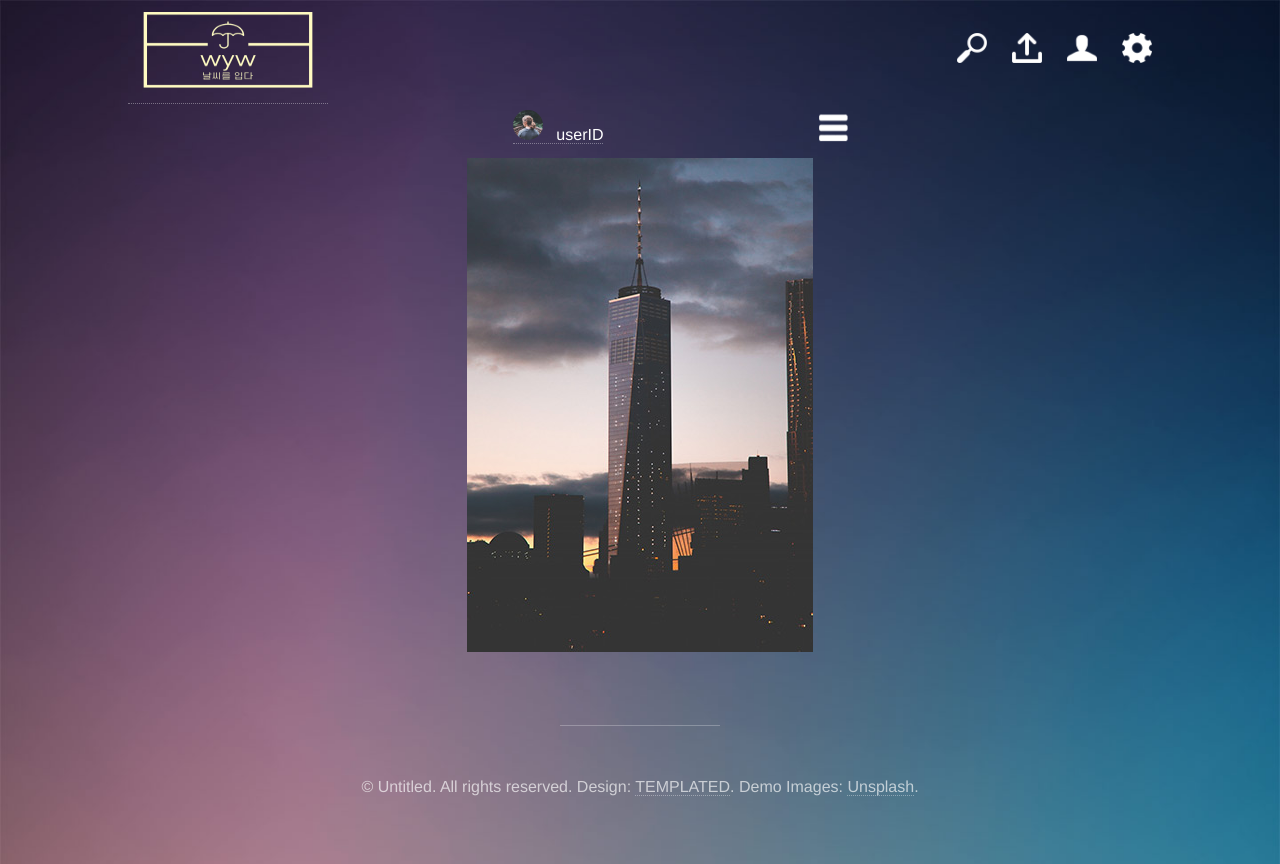
Repository: semo41105/WYW-Project
Page: http://localhost/WYW/StoryPage.jsp
The author's editor kept a copy of each file at every save. The page is drawn from the files as they stood at one save, then again after the next save.
The browser window is 1280 px wide. The pictures show the whole page.
Some web fonts or font styles are not loaded; a fallback is used. The page is served by Tomcat 9. Nobody is signed in. The application's start-up code is not run. Other server files are loaded and not shown.

Above is the page before, as saved 2021-03-08 14:43:21.

### WYW/WebContent/StoryPage.jsp
<%@ page language="java" contentType="text/html; charset=UTF-8"
    pageEncoding="UTF-8"%>
<% request.setCharacterEncoding("UTF-8"); %>
<% response.setContentType("text/html; charset=UTF-8"); %>
<!DOCTYPE html>
<html>
	<head>
		<title>StoryPage</title>
		<meta charset="utf-8" />
		<meta name="viewport" content="width=device-width, initial-scale=1" />
		<link rel="stylesheet" href="assets/css/main.css" />
		<!-- Style -->
		<style type="text/css">
			#s0{ float: left; width: 34% }
			#s1{ float: left; width: 33%; padding: 25px 0px 25px 0px }
			#s2{ float: left; width: 100%; height: 50px; }
			#s4{ padding: 8px 0px 0px 0px; margin-left: 25px; }
			#s6{ float: left; }
			#ask1{
				border: 2px solid black;
				background-color: #fffbc1;
				font-weight: bold;
				color: #3f385a;
			}
			a{ text-decoration: none }
			.avatacon {
			    width: 30px;
			    height: 30px;
			    object-fit: cover;
			    object-position: top;
			    border-radius: 50%;
			}
			#select {
				font-size: 15px;
				background: #ff6382;
				vertical-align: middle;
				text-align-last: center;
				color: #d3d3d3;
			}
		</style>
	<!-- Scripts -->
		<script src="assets/js/jquery.min.js"></script>
		<script src="assets/js/jquery.poptrox.min.js"></script>
		<script src="assets/js/skel.min.js"></script>
		<script src="assets/js/main.js"></script>
		<script type="text/javascript">
			window.onload = function(){
				var h = document.getElementById('hidemenu');
				var op = document.getElementById('viewmenu');
				var opp = document.getElementById('menu');

				op.style.display = 'none';
				opp.style.display = 'none';

				h.onclick = function(){
					h.style.display = 'none';
					op.style.display = '';
					opp.style.display = '';
				}

				op.onclick = function(){
					op.style.display = 'none';
					opp.style.display = 'none';
					h.style.display = '';
				}
			}
		</script>
	</head>
	<body>

		<!-- Wrapper -->
			<div id="wrapper">

				<!-- Header -->
					<header>
						<div id="s0">
							<a href="#">
								<img alt="WYW_날씨를 입다" src="images/logo/logo_wyw_yellow.png" width="200" height="100" onclick="location.href='mainController.do?command=mainpage'">
							</a>
						</div>
						<div id="s1"></div>
						<div id="s1">
							<a href="#" class="label">
								<img id="s4" class="icons" src="images/icon/setting.png" alt="setting" align="right" width="30px">
								<img id="s4" class="icons" src="images/icon/user.png" alt="user" align="right" width="30px" onclick="location.href='mainController.do?command=mypage'">
								<img id="s4" class="icons" src="images/icon/up.png" alt="upload" align="right" width="30px">
								<img id="s4" class="icons" src="images/icon/search.png" alt="search" align="right" width="30px" onclick="location.href='mypageController.do?command=searchpage'">
							</a>
						</div>
						<div id="s2"></div><!-- 위쪽 div 와 아래쪽 div를 나누는 용도 -->
					</header>

				<!-- Main -->
					<section>
							<div style="position: absolute;">
								<div style="position: relative;top: 110px; left: 385px;">
									<a href="#">
								    	<img class="avatacon" src="images/avatar.jpg">
								    	<strong>&nbsp;&nbsp;userID</strong>
							    	</a>
								</div>
								<div style="position: relative;top: 75px; left: 690px;">
									<img id="hidemenu" alt="menu" src="images/icon/menu.png" width="30px">
									<img id="viewmenu" alt="menu" src="images/icon/overmenu.png" width="30px">
								</div>
								<div id="menu" style="position: relative; top: 33px; left: 728px; background-color: #fffbc1; color: black; font-weight: bold;">
									<form method="post" action="UploadController" enctype="multipart/form-data">
										<table border="1">
											<col width="250">
											<tr>
												<td align="center">
													<select id="select" name="city">
														<option value="">현제 계신 도시를 선택해주세요.</option>
														<option value="seoul">서울특별시</option>
							                            <option value="incheon">인천광역시</option>
							                            <option value="daejeon">대전광역시</option>
							                            <option value="gwangju">광주광역시</option>
							                            <option value="daegu">대구광역시</option>
							                            <option value="ulsan">울산광역시</option>
							                            <option value="busan">부산광역시</option>
							                            <option value="gyeonggi-do">경기도</option>
							                            <option value="gangwon-do">강원도</option>
							                            <option value="chungcheongbuk-do">충청북도</option>
							                            <option value="chungcheongnam-do">충청남도</option>
							                            <option value="jeollabuk-do">전라북도</option>
							                            <option value="jeollanam-do">전라남도</option>
							                            <option value="gyeongsangbuk-do">경상북도</option>
							                            <option value="gyeongsangnam-do">경상남도</option>
							                            <option value="jeju-do">제주도</option>
													</select>
												</td>
											</tr>
											<tr>
												<td align="center">
													<input name="title" id="select" type="text" value="제목을 입력해 주세요" onfocus="this.value='';return true;">
												</td>
											</tr>
											<tr>
												<td align="center">
													<input name="content" id="select" type="text" value="내용을 입력해 주세요" onfocus="this.value='';return true;">
												</td>
											</tr>
											<tr>
												<td align="center">
													<input name="file" type="file" value="사진 선택" style="color: black;" accept=".jpg, .jpeg, .png, .gif, .bmp; images/storyimg/*; capture=camera"/>
												</td>
											</tr>
											<tr>
												<td align="center"><input type="submit" style="width: 100%; height: 100%;" value="내용 업로드"></td>
											</tr>
										</table>
									</form>
								</div>
							</div>
						    <div id="header">
						    	<img alt="img" src="images/thumbs/01.jpg"/>
						    </div>
					</section>

				<!-- Footer -->
					<footer id="footer">
						<p>&copy; Untitled. All rights reserved. Design: <a href="http://templated.co">TEMPLATED</a>. Demo Images: <a href="http://unsplash.com">Unsplash</a>.</p>
					</footer>

			</div>

	</body>
</html>

Loaded but not shown: WYW/WebContent/assets/js/jquery.min.js (library); WYW/WebContent/assets/js/jquery.poptrox.min.js (library); WYW/WebContent/assets/js/skel.min.js (library); WYW/WebContent/assets/css/font-awesome.min.css (library); WYW/WebContent/assets/js/main.js (142 lines, source omitted); WYW/WebContent/assets/css/main.css (2729 lines, source omitted)

After the next save:
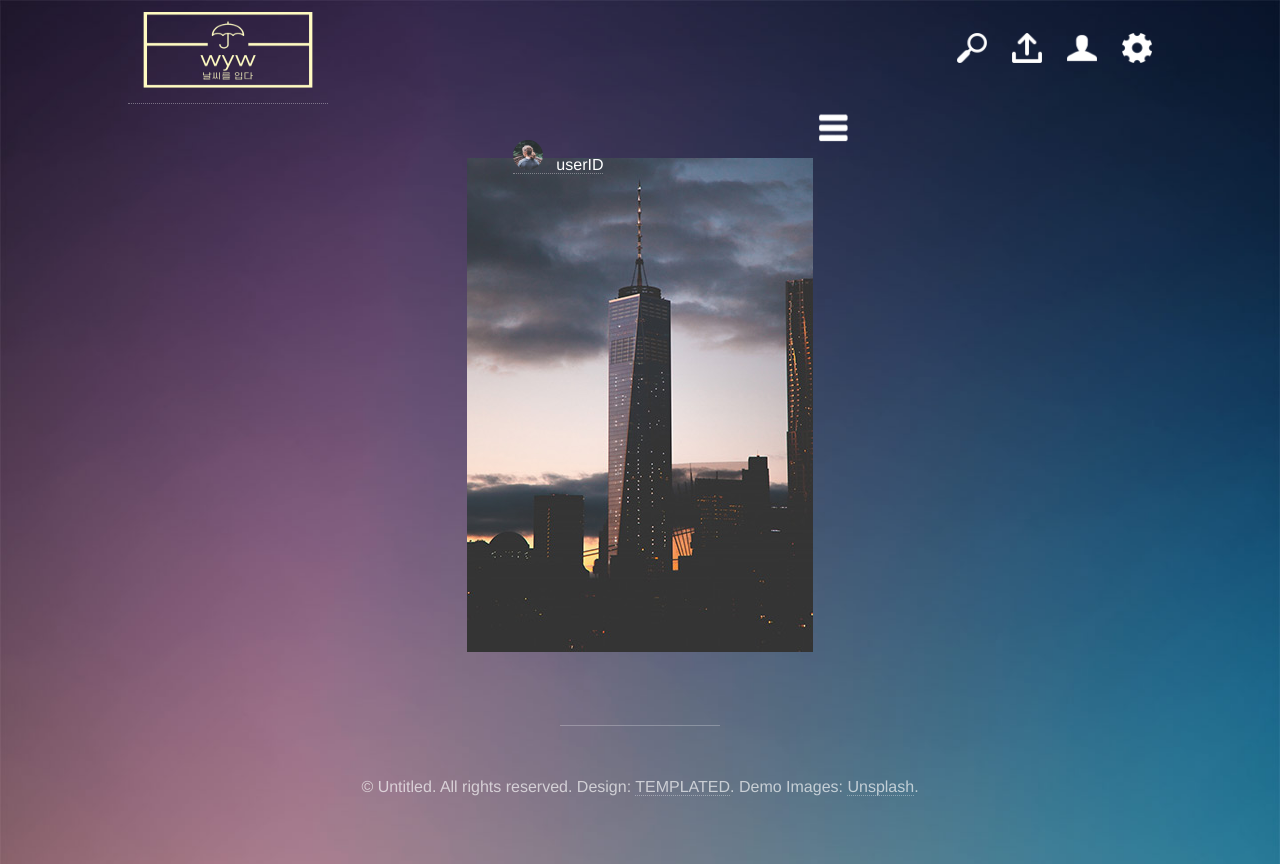
Saved 39 s later.
--- a/WYW/WebContent/StoryPage.jsp
+++ b/WYW/WebContent/StoryPage.jsp
@@ -93,7 +93,7 @@
 				<!-- Main -->
 					<section>
 							<div style="position: absolute;">
-								<div style="position: relative;top: 110px; left: 385px;">
+								<div style="position: relative;top: 140px; left: 385px;">
 									<a href="#">
 								    	<img class="avatacon" src="images/avatar.jpg">
 								    	<strong>&nbsp;&nbsp;userID</strong>
